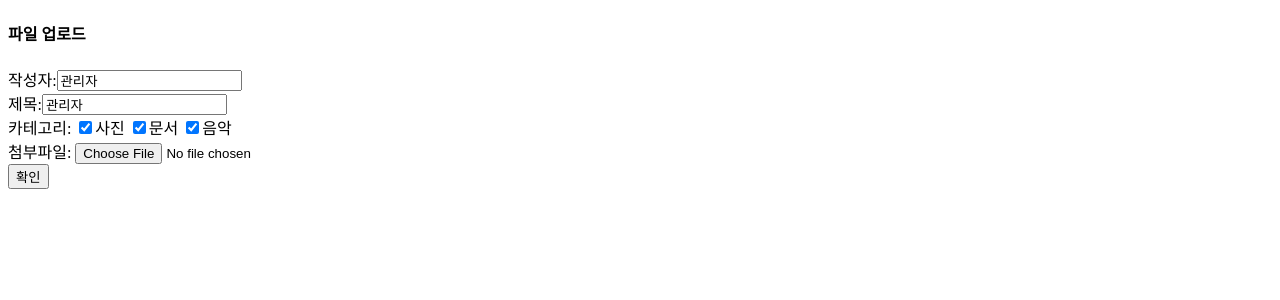
Repository: parkho96/testnum2
Page: http://localhost/jspstudy/FileUpDown/FileUploadMain.jsp
An editor plug-in stored every save of this project. The page is shown before and after the next save, followed by the edit.
The browser window is 1280 px wide. The pictures show the whole page.
The page is served by Tomcat 9. Other server files are loaded and not shown.

Above is the page before, as saved 2023-04-11 02:11:58.

### workjsp/jspstudy/src/main/webapp/FileUpDown/FileUploadMain.jsp
<%@ page language="java" contentType="text/html; charset=UTF-8"
    pageEncoding="UTF-8"%>
<!DOCTYPE html>
<html>
<head>
<meta charset="UTF-8">
<title>파일 업로드</title>
</head>
<body>
	<h4>파일 업로드</h4>
	<span style="color:red;">${errMsg}</span>
	<form name="fileForm" method="post" enctype="multipart/form-data"
		  action="UploudProc.jsp" onsubmit="return validationForm(this);">
		작성자:<input type="text" name="name" value="관리자"/><br>
		제목:<input type="text" name="title" value="관리자"/><br>
		카테고리:
			<input type="checkbox" name="cate" value="사진" checked/>사진
			<input type="checkbox" name="cate" value="문서" checked/>문서
			<input type="checkbox" name="cate" value="음악" checked/>음악<br>
		첨부파일:
			<input type="file" name="attachedFile"/><br>
			<input type="submit" value="확인"/>
	</form>

	<script>
		function validationForm(form)
		{
			if(form.name.value=="")
			{
				alert("작성자를 입력하세요");
				form.name.focus();
				return false;
			}
			if(form.title.value=="")
			{
				alert("제목를 입력하세요");
				form.title.focus();
				return false;
			}
			if(form.attachedFile.value=="")
			{
				alert("첨부파일을 필수입니다");
				return false;
			}

		}
	</script>
</body>
</html>

After the next save:
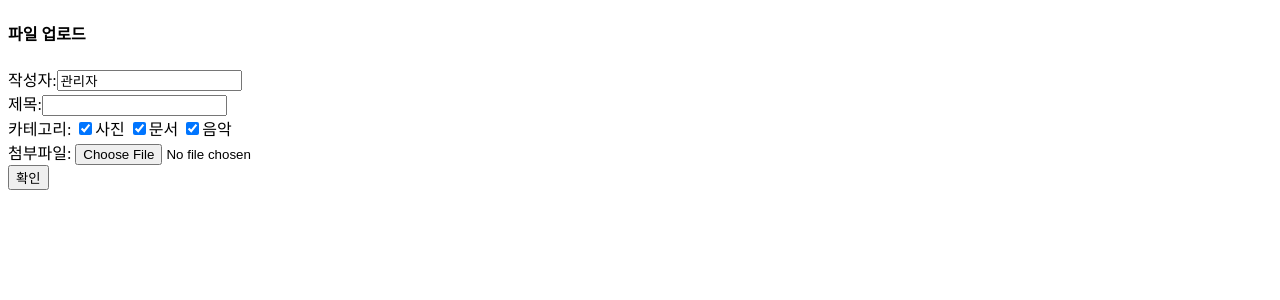
Saved 112 s later.
--- a/workjsp/jspstudy/src/main/webapp/FileUpDown/FileUploadMain.jsp
+++ b/workjsp/jspstudy/src/main/webapp/FileUpDown/FileUploadMain.jsp
@@ -12,7 +12,7 @@
 	<form name="fileForm" method="post" enctype="multipart/form-data"
 		  action="UploudProc.jsp" onsubmit="return validationForm(this);">
 		작성자:<input type="text" name="name" value="관리자"/><br>
-		제목:<input type="text" name="title" value="관리자"/><br>
+		제목:<input type="text" name="title"/><br>
 		카테고리:
 			<input type="checkbox" name="cate" value="사진" checked/>사진
 			<input type="checkbox" name="cate" value="문서" checked/>문서
